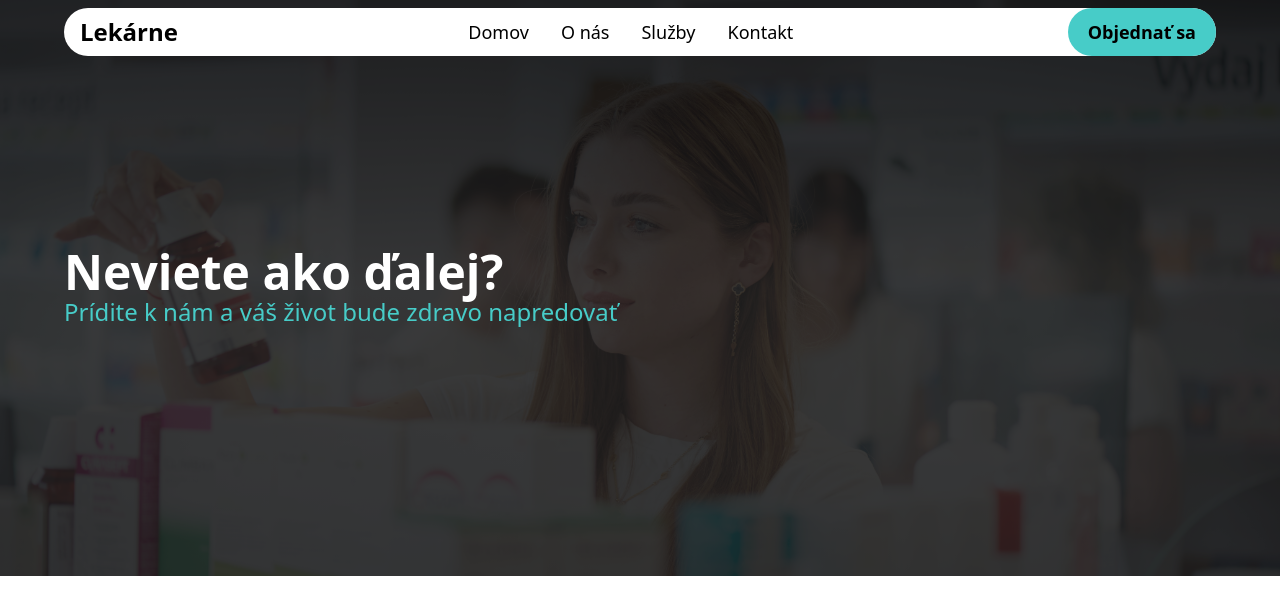
Repository: SimonSkoda13/Lekaren
Page: /
These files come from the project's save history. The page is drawn as it stood at one moment and after the next save; the edit follows.
The browser window is 1280 px wide. The pictures show the whole page.
The project was rebuilt for these pictures with package versions that can differ from the ones it lists, and the page was loaded fresh each time. The framework's server and built-in components were replaced by stand-ins that run in the browser. Also part of the build but not shown: next.config.js.

Above is the page before, as saved 2023-04-22 17:14:25.

After the next save:
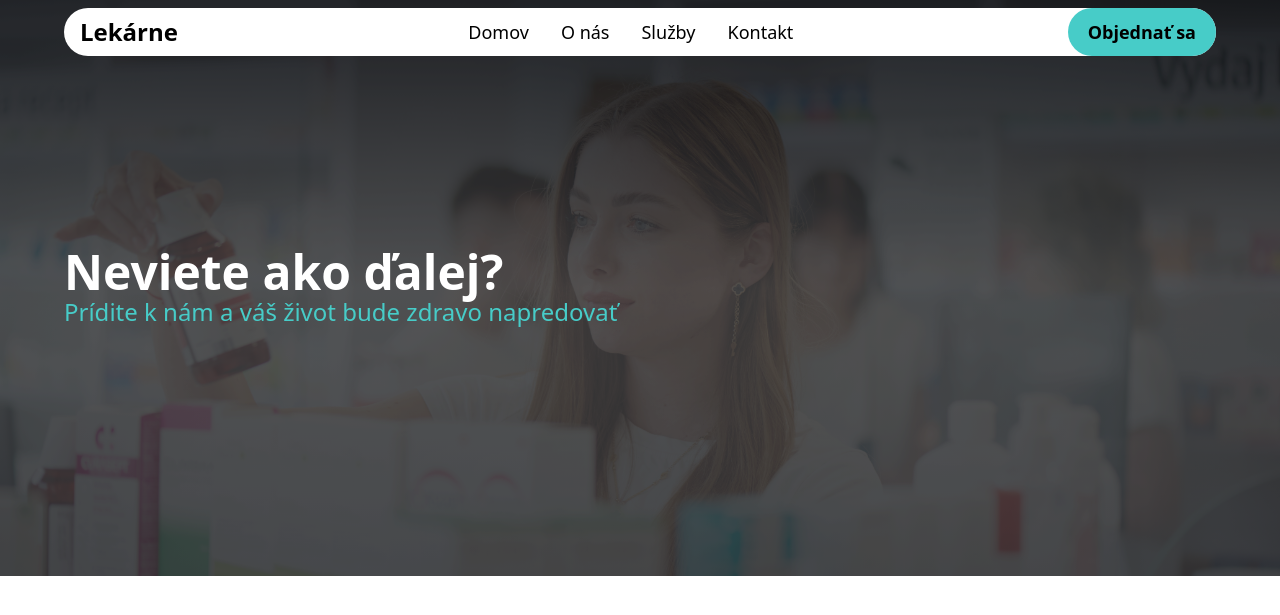
Saved 13 s later.
--- a/src/app/components/HomeHero/HomeHero.tsx
+++ b/src/app/components/HomeHero/HomeHero.tsx
@@ -12,7 +12,7 @@ export const HomeHero = (props: HomeHeroProps) => {
   const { title, image, description } = props;
   return (
     <section className="relative h-[80vh] z-0 px-0">
-      <div className="w-full h-full absolute left-0 top-0 brightness-50">
+      <div className="w-full h-full absolute left-0 top-0 ">
         {/* make filter for image to odd brightness from top biggest to bottom lowest */}
         <ImageGradient>
           <Image
@@ -23,6 +23,7 @@ export const HomeHero = (props: HomeHeroProps) => {
               objectFit: "cover",
               objectPosition: "center",
             }}
+            className="brightness-50"
           />
         </ImageGradient>
       </div>
